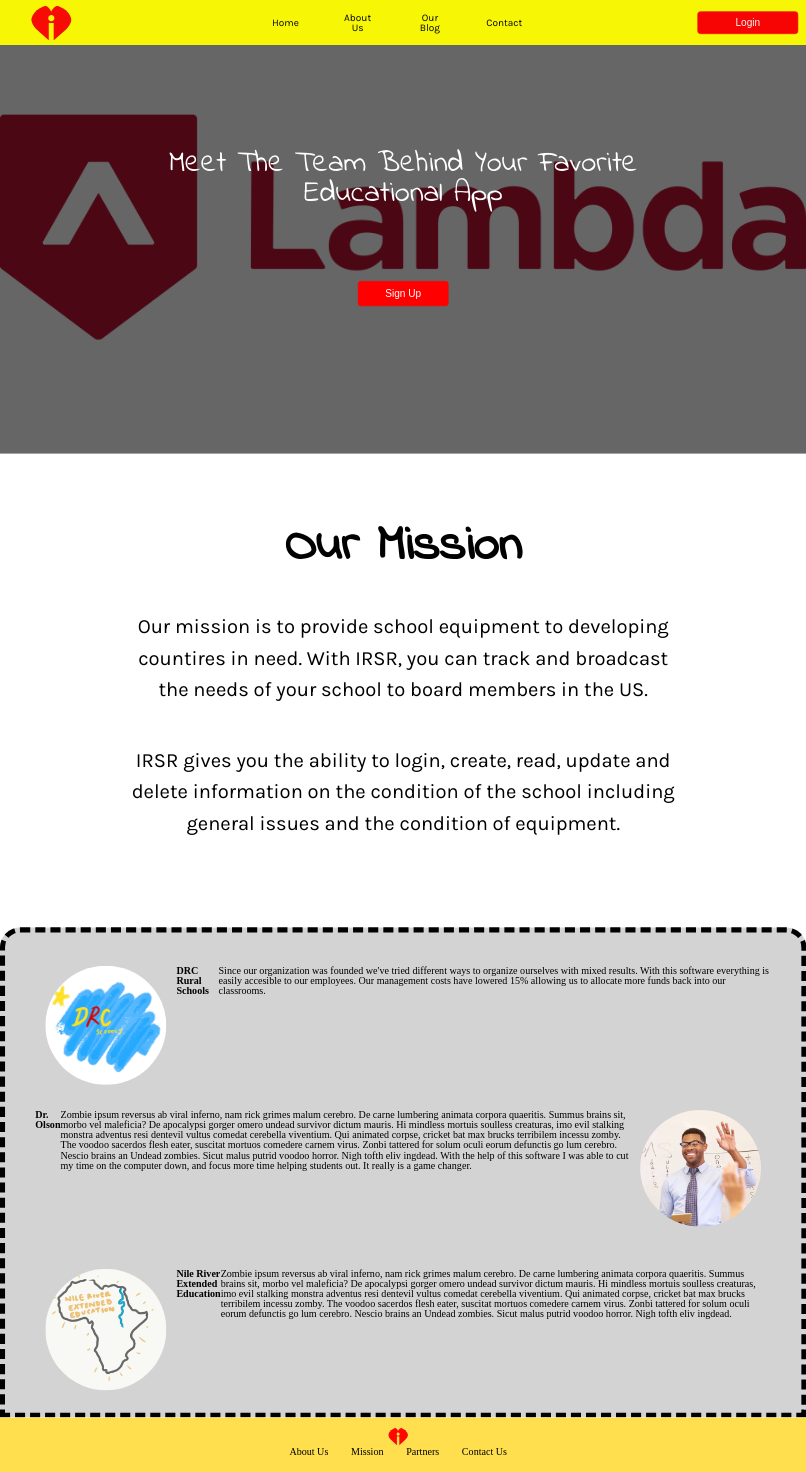
Repository: internationalrural-school-report/maketing-page
Page: about-us.html
These files come from the project's save history. The page is drawn as it stood at one moment and after the next save; the edit follows.
The browser window is 1280 px wide. The pictures show the whole page, at 63% of full size.
Backgrounds fixed to the window are drawn as part of the page.

Above is the page before, as saved 2019-08-29 14:30:57.

### about-us.html
<!DOCTYPE html>

<html lang="en">

<head>
  <meta charset="UTF-8" />
  <meta name="viewport" content="width=device-width, initial-scale=1" />

  <title>International Rural School Report</title>

  <link href="https://fonts.googleapis.com/css?family=Indie+Flower|Karla:400,700i&display=swap" rel="stylesheet">

  <link rel="stylesheet" href="about-us-marketing.css" />

</head>

<body>
  <div class="container">

    <!-- HEADER SECTION -->

    <header>
      <nav>
        <input type="checkbox" id="nav" class="hidden" />
        <label for="nav" class="nav-btn">
          <i></i>
          <i></i>
          <i></i>
        </label>
        <div class="header-button">
          <button>Login</button>
        </div>
        <div class="nav-wrapper">
          <ul>
            <li><a href="marketing.html">Home</a></li>
            <li><a href="about-us.html">About Us</a></li>
            <li><a href="#">Our Blog</a></li>
            <li><a href="#">Contact</a></li>
          </ul>
          <div class="header-button-mobile">
            <button>Login</button>
          </div>
        </div>
        <div class="main-logo">
          <img class="header-logo" src="Images/heart-icon.svg" alt="Our Companys logo." />
        </div>
      </nav>
    </header>

    <!-- CTA SECTION -->

    <section class="cta-container">
      <div class="color-overlay"></div>
      <div class="cta">
        <div class="cta-txt-container">
          <div class="cta-txt1">
            <p>
              Meet The Team Behind Your Favorite Educational App
            </p>
          <!----></div>
          <div class="cta-txt2">

          </div>
          <button>Sign Up</button>
        </div>
      </div>
    </section>

    <!-- OUR MISSION SECTION -->

    <section class="mission-container">
      <div class="mission-txt">
        <h1>Our Mission</h1>
        <p>Our mission is to provide school equipment to developing countires in need.
          With IRSR, you can track and broadcast the needs of your school to board members
          in the US.</p>

        <p>
          IRSR gives you the ability to login, create, read, update and delete information on the condition
          of the school including general issues and the condition of equipment.
        </p>
      </div>
    </section>

    <!--OUR INFO-->
    <section class="testimonials">
      <div class="first-testimonial">
          <div>
            <img src="Images/DRC-logo.jpg" alt="Image of DRC Schools Logo">
          </div>
        <h2>DRC Rural Schools</h2>
        <p>Since our organization was founded we've tried different ways to organize ourselves with mixed results. With this software
          everything is easily accesible to our employees. Our management costs have lowered 15% allowing us to allocate more funds back into
          our classrooms.
        </p>
      </div>
      <div class="second-testimonial">
        <h2>Dr. Olson</h2>
        <p>Zombie ipsum reversus ab viral inferno, nam rick grimes malum cerebro. De carne lumbering animata corpora quaeritis. Summus
          brains sit​​, morbo vel maleficia? De apocalypsi gorger omero undead survivor dictum mauris. Hi mindless mortuis soulless creaturas,
          imo evil stalking monstra adventus resi dentevil vultus comedat cerebella viventium. Qui animated corpse, cricket bat max brucks
          terribilem incessu zomby. The voodoo sacerdos flesh eater, suscitat mortuos comedere carnem virus. Zonbi tattered for solum oculi
          eorum defunctis go lum cerebro. Nescio brains an Undead zombies. Sicut malus putrid voodoo horror. Nigh tofth eliv ingdead.
          With the help of this software I was able to cut my time on the computer down, and focus more time helping students out. It
          really is a game changer.
        </p>
        <div>
            <img  src="Images/Dr.Olson.jpg" alt="Image of Dr.Olson">
          </div>
      </div>
      <div class="third-testimonial">
        <div>
          <img  src="Images/Nile-River0logo.png" alt="Image of Nile River Logo">
        </div>
        <h2>Nile River Extended Education</h2>
        <p>Zombie ipsum reversus ab viral inferno, nam rick grimes malum cerebro. De carne lumbering animata corpora quaeritis. Summus brains
           sit​​, morbo vel maleficia? De apocalypsi gorger omero undead survivor dictum mauris. Hi mindless mortuis soulless creaturas, imo evil
            stalking monstra adventus resi dentevil vultus comedat cerebella viventium. Qui animated corpse, cricket bat max brucks terribilem
            incessu zomby. The voodoo sacerdos flesh eater, suscitat mortuos comedere carnem virus. Zonbi tattered for solum oculi eorum
            defunctis go lum cerebro. Nescio brains an Undead zombies. Sicut malus putrid voodoo horror. Nigh tofth eliv ingdead.

          </p>

      </div>
    </section>

     <!---FOOTER-->
    <section class ="footer">
        <img class="footer-logo" src="Images/heart-icon.svg" alt="Our Companys logo." />
        <a href=""></br>About Us</a>
        <a href="">Mission</a>
        <a href="">Partners</a>
        <a href="">Contact Us</a>
    </section>

    </body>


  </div>
</body>

### about-us-marketing.css
/* http://meyerweb.com/eric/tools/css/reset/ 2. v2.0 | 20110126
  License: none (public domain)
*/

html, body, div,span,applet,object,iframe,h1,h2,h3,h4,h5,h6,p,blockquote,pre,a,abbr,acronym,
address,big,cite,code,del,dfn,em,img,ins,kbd,q,s,samp,small,strike,
strong,sub,sup,tt,var,b,u,i,center,dl,dt,dd,ol,ul,li,fieldset,
form,label,legend,table,caption,tbody,tfoot,thead,
tr,th,td,article,aside,canvas,details,embed,figure,
figcaption,footer,header,hgroup,menu,nav,output,ruby,section,summary,time,mark,audio,
video {
  margin: 0;
  padding: 0;
  border: 0;
  font-size: 100%;
  /* font: inherit; */
  vertical-align: baseline;
}
/* HTML5 display-role reset for older browsers */
article,
aside,
details,
figcaption,
figure,
footer,
header,
hgroup,
menu,
nav,
section {
  display: block;
}
body {
  line-height: 1;
}
ol,
ul {
  list-style: none;
}
blockquote,
q {
  quotes: none;
}
blockquote:before,
blockquote:after,
q:before,
q:after {
  content: "";
  content: none;
}
table {
  border-collapse: collapse;
  border-spacing: 0;
}

/* CSS STARTS HERE */
/* CSS STARTS HERE */
/* CSS STARTS HERE */

.container {
  width: 100%;
  height: 100%;
  margin: auto;
}

/* HEADER/NAV CSS STARTS HERE */
/* HEADER/NAV CSS STARTS HERE */
/* HEADER/NAV CSS STARTS HERE */

header {
  width: 100%;
  height: 10%;
  display: flex;
  flex-direction: row-reverse;
  justify-content: space-between;
  position: fixed;
  background-color: yellow;
  z-index: 9999;
  align-items: center;
  align-content: center;
  opacity: 0.95;
}

nav {
  display: flex;
  flex-direction: row-reverse;
  justify-content: space-evenly;
  align-items: center;
  width: 100%;
  height: 100%;
}

.nav-wrapper ul {
  display: flex;
  flex-direction: row;
  width: 100%;
  justify-content: center;
  align-items: center;
  width: 50%;
  height: 100%;
}

.nav-wrapper {
  height: 100%;
  width: 100%;
  display: flex;
  flex-direction: row;
  justify-content: center;
  align-items: center;
}

.nav-wrapper a {
  color: black;
  font-size: 20px;
  text-decoration: none;
  text-align: center;
  margin: 0 22px;
  display: flex;
  padding: 10px;
  font-size: 1rem;
  font-family: "Karla", sans-serif;
}

.nav-wrapper li {
  width: 30%;
  display: flex;
  justify-content: center;
}

header nav a:hover {
  border-bottom: 2px solid green;
  color: black;
}

header .img-logo {
  display: flex;
  flex-direction: column-reverse;
  margin-left: 30px;
}

.main-logo {
  display: flex;
  justify-content: center;
}

.header-logo {
  width: 40%;
}

.header-button {
  display: flex;
  justify-content: center;
  align-items: center;
  width: 20%;
}

.header-button button {
  padding: .5rem 3rem;
  width: 10rem;
  border-radius: 5px;
  text-align: center;
  background-color: red;
  color: white;
  border: 0.5px solid red;
  font-size: 1rem;
}

.hidden {
  display: none;
}

.header-button-mobile {
  display: none;
}

/* CTA CSS STARTS HERE */
/* CTA CSS STARTS HERE */
/* CTA CSS STARTS HERE */

.cta-container {
  background-color: white;
  display: flex;
  flex-direction: column;
  align-items: center;
  justify-content: center;
  width: 100%;
  height: 100vh;
  position: relative;
  bottom: 0px;
  margin: 0;
  background-image: url("Images/lambda-2.png");
  background-position: 50% 50%;
  background-size: contain ;
  background-repeat: no-repeat;
  background-attachment: fixed;
}

.color-overlay {
  width: 100%;
  height: 100%;
  background: #000;
  opacity: 0.6;
  position: absolute;
}

.cta {
  width: 100%;
  height: 100vh;
  display: flex;
  flex-direction: column;
  justify-content: center;
  align-items: center;
}

.cta-txt-container {
  text-align: center;
  position: absolute;
  display: flex;
  flex-direction: column;
  color: white;
  align-items: center;
  justify-content: center;
  height: 50%;
  width: 65%;
}

.cta-txt1 {
  font-size: 3rem;
  margin-bottom: 95px;
  font-family: "Indie Flower", cursive;
}

.cta-txt2 {
  font-size: 1.5rem;
  margin-bottom: 20px;
  font-family: "Karla", sans-serif;
}

.cta-txt-container button {
  padding: 10px 22px;
  width: 9rem;
  border-radius: 5px;
  text-align: center;
  background-color: red;
  color: white;
  border: 0.5px solid red;
  font-size: 1rem;
}

.cta-txt-container button:hover {
  background-color: green;
  border: 0.5px solid green;
}

/* MISSION CSS STARTS HERE */
/* MISSION CSS STARTS HERE */
/* MISSION CSS STARTS HERE */

.mission-container {
  width: 100%;
  height: 100vh;
  display: flex;
  flex-direction: column;
  justify-content: center;
  align-items: center;
}

.mission-txt {
  width: 70%;
  height: 70%;
  display: flex;
  flex-direction: column;
  justify-content: space-between;
}

h1 {
  font-family: "Indie Flower", cursive;
  font-size: 5rem;
  text-align: center;
}

.mission-txt p {
  font-family: "Karla", sans-serif;
  font-size: 2rem;
  text-align: center;
  line-height: 50px;
}



.computer {
  width: 25%;
}

.tablet {
  width: 25%;
}

.laptop {
  width: 25%;
}

.router {
  width: 25%;
}



img {
  padding-left: 1rem;
  padding-right: 1rem;
  border-radius: 100%;
  max-width: 12rem;
  height: auto;
  align-items: center;
}

.partners {
  display: flex;
  width: 100%;
  margin-top: 2rem;


}
.left-partner {
  position: relative;
  background: lightskyblue;
  width : 50%;
}
.logo-box {
  display: flex;
  align-items: center;
  flex-flow: row wrap;
  justify-content: center;
  width: 100%;
}
.logos {
  margin: 0.5rem;
}
.right-partner {

  padding-top: 2rem;
  width: 50%;
  background: rgb(255, 223, 78);
}
.right-h2 {
  padding-bottom: 2rem;
}
.testimonials {

  border-top-right-radius: 2rem;
  border-top-left-radius: 2rem;
  border: .5rem dashed black;
  margin-top: 2rem;
  background: lightgray;
  padding-top: 3rem;
  padding-left: 3rem;
  padding-right: 3rem;

}
.first-testimonial {
  display: flex;
  flex-wrap: row wrap;
  padding-bottom: 0.3rem;
  padding-top: 0.3rem;
}

.second-testimonial {
  display: flex;
  flex-wrap: row wrap;
  padding-bottom: 2rem;
  padding-top: 2rem;

}

.third-testimonial {
  display: flex;
  flex-wrap: row wrap;
  padding-bottom: 2rem;
  padding-top: 2rem;
}

.footer {
  text-align: center;
  padding-bottom: 1.5rem;
  padding-top: 1rem;
  padding-left: 3rem;
  padding-right: 3rem;
  background: rgb(255, 223, 78);
}
.footer a {
    text-decoration: none;
    color: black;
}
.footer-logo{
    width: 2rem;
    height: auto;
}
a {
  padding-left: 1rem;
  padding-right: 1rem;
}
@media (max-width: 800px) {
    .footer {
        display: none;
    }
}

@media (max-width: 500px) {
  .container {
    width: 100%;
  }
  .footer {
    display: none;
}
  /* @media HEADER/NAV CSS HERE */

  .container header {
    width: 100%;
    display: flex;
    flex-direction: column-reverse;
    justify-content: center;
    align-items: center;
    /* position: unset; */
  }

  .nav-wrapper {
    position: fixed;
    top: 0;
    left: 0;
    width: 100%;
    height: 100%;
    z-index: -1;
    background: red;
    opacity: 0;
    transition: all 0.2s ease;
  }
  .header-logo {
      height: 3rem;
  }

  .nav-wrapper ul {
    position: absolute;
    top: 50%;
    transform: translateY(-50%);
    width: 100%;
  }
  .nav-wrapper ul li {
    display: block;
    float: none;
    width: 100%;
    text-align: center;
    margin-bottom: 10px;
  }

  .nav-wrapper ul li:nth-child(1) a {
    transition-delay: 0.2s;
  }

  .nav-wrapper ul li:nth-child(2) a {
    transition-delay: 0.3s;
  }

  .nav-wrapper ul li:nth-child(3) a {
    transition-delay: 0.4s;
  }

  .nav-wrapper ul li:nth-child(4) a {
    transition-delay: 0.5s;
  }

  .nav-wrapper ul li:not(:first-child) {
    margin-left: 0;
  }

  .nav-wrapper ul li a {
    padding: 10px 24px;
    opacity: 0;
    color: black;
    font-size: 14px;
    font-weight: 600;
    letter-spacing: 1.2px;
    transform: translateX(-20px);
    transition: transform 0.2s ease-out, opacity 0.2s ease-out;
  }

  .nav-wrapper ul li a:hover {
    color: #e4e4e4;
  }

  .nav-btn {
    position: fixed;
    right: 10px;
    top: 10px;
    display: block;
    width: 48px;
    height: 48px;
    cursor: pointer;
    z-index: 9999;
    border-radius: 50%;
  }

  .nav-btn i {
    display: block;
    width: 20px;
    height: 2px;
    background: #333;
    border-radius: 2px;
    margin-left: 14px;
  }

  .nav-btn i:nth-child(1) {
    margin-top: 16px;
  }
  .nav-btn i:nth-child(2) {
    margin-top: 4px;
    opacity: 1;
  }

  .nav-btn i:nth-child(3) {
    margin-top: 4px;
  }

  #nav:checked + .nav-btn {
    transform: rotate(45deg);
  }

  #nav:checked + .nav-btn i {
    background: #333;
    transition: transform 0.2s ease;
  }

  #nav:checked + .nav-btn i:nth-child(1) {
    transform: translateY(6px) rotate(180deg);
  }

  #nav:checked + .nav-btn i:nth-child(2) {
    opacity: 0;
  }

  #nav:checked + .nav-btn i:nth-child(3) {
    transform: translateY(-6px) rotate(90deg);
  }

  #nav:checked ~ .nav-wrapper {
    z-index: 9990;
    opacity: 1;
  }

  #nav:checked ~ .nav-wrapper ul li a {
    opacity: 1;
    transform: translateX(0);
  }

  .hidden {
    display: none;
  }

  .container header nav {
    display: flex;
    align-items: center;
    margin: 0;
    width: 100%;
  }

  .container header nav a {
    width: 100%;
    text-align: center;
    padding: 17px 0;
    font-size: 17px;
  }

  .container header .header-logo {
    display: flex;
    justify-content: flex-end;
    align-items: center;
    margin: 15px 0px;
  }

  .header-button {
    display: none;
  }

  .header-button-mobile {
    display: flex;
    justify-content: center;
    align-items: center;
    width: 20%;
  }

  .header-button-mobile button {
    padding: 10px 22px;
    width: 50%;
    border-radius: 5px;
    text-align: center;
    background-color: red;
    color: white;
    border: 0.5px solid red;
    font-size: 1rem;
  }

  /* CTA CSS STARTS HERE */
  /* CTA CSS STARTS HERE */
  /* CTA CSS STARTS HERE */
  /* CTA CSS STARTS HERE */

  .cta-container {
    background-color: white;
    display: flex;
    flex-direction: column;
    align-items: center;
    justify-content: center;
    width: 100%;
    height: 100vh;
    position: relative;
    bottom: 0px;
    margin: 0;
    background-image: url("Images/lambda-shield.png");
    background-position: 50% 50%;
    background-size: contain ;
    background-repeat: no-repeat;
    background-attachment: fixed;
  }

  .cta {
    width: 100%;
    height: 100%;
    display: flex;
    flex-direction: column;
    justify-content: center;
    align-items: center;
  }

  .cta-txt-container {
    text-align: center;
    position: absolute;
    display: flex;
    flex-direction: column;
    color: white;
    align-items: center;
    justify-content: space-evenly;
    height: 50%;
    width: 95%;
  }

  .cta-txt1 {
    font-size: 2rem;
    margin-bottom: none;
    font-family: "Indie Flower", cursive;
  }

  .cta-txt2 {
    font-size: 1.5rem;
    margin-bottom: none;
    font-family: "Karla", sans-serif;
  }

  .cta-txt-container button {
    padding: 10px 22px;
    width: 45%;
    border-radius: 5px;
    text-align: center;
    background-color: red;
    color: white;
    border: solid red;
    font-size: 1.5rem;
  }

  .mission-container {
    width: 100%;
    height: 75vh;
    display: flex;
    flex-direction: column;
    justify-content: center;
    align-items: center;
  }

  .mission-txt {
    width: 90%;
    height: 100%;
    display: flex;
    flex-direction: column;
    justify-content: space-evenly;
  }

  h1 {
    font-family: "Indie Flower", cursive;
    font-size: 4rem;
    text-align: center;
  }

  .mission-txt p {
    font-family: "Karla", sans-serif;
    font-size: 1.3rem;
    text-align: center;
    line-height: 50px;
  }

  /* MAKE A DIFFERNCE CSS STARTS HERE */
  /* MAKE A DIFFERNCE CSS STARTS HERE */
  /* MAKE A DIFFERNCE CSS STARTS HERE */
  /* MAKE A DIFFERNCE CSS STARTS HERE */

  .make-diff-container {
    width: 100%;
    height: 90vh;
    display: flex;
    flex-direction: column;
    justify-content: center;
    align-items: center;
    position: relative;
    bottom: 0px;
    margin: 0;
    background-image: url("../img/child-hand-paint.jpg");
    background-position: 50% 50%;
    background-size: cover;
    background-repeat: no-repeat;
    background-attachment: fixed;
  }

  .color-overlay2 {
    width: 100%;
    height: 100%;
    background: red;
    opacity: 0.93;
    position: absolute;
    z-index: 1;
  }

  .make-diff-txt {
    display: flex;
    flex-direction: column;
    width: 50%;
    height: 100%;
    justify-content: space-evenly;
    align-items: center;
    z-index: 2;
  }

  .make-diff-container h1 {
    display: none;
  }

  .difference-box-container {
    width: 100%;
    height: 100%;
    display: flex;
    flex-direction: column;
    color: white;
    justify-content: space-evenly;
  }

  .difference-box {
    width: 100%;
    height: 30%;
    display: flex;
    flex-direction: column;
    justify-content: space-evenly;
    align-content: center;
    align-items: center;
    font-family: "Karla", sans-serif;
    text-align: center;
    font-size: 1rem;
  }

  .computer {
    width: 25%;
  }

  .tablet {
    width: 25%;
  }

  .laptop {
    width: 25%;
  }

  .router {
    width: 25%;
  }

}

After the next save:
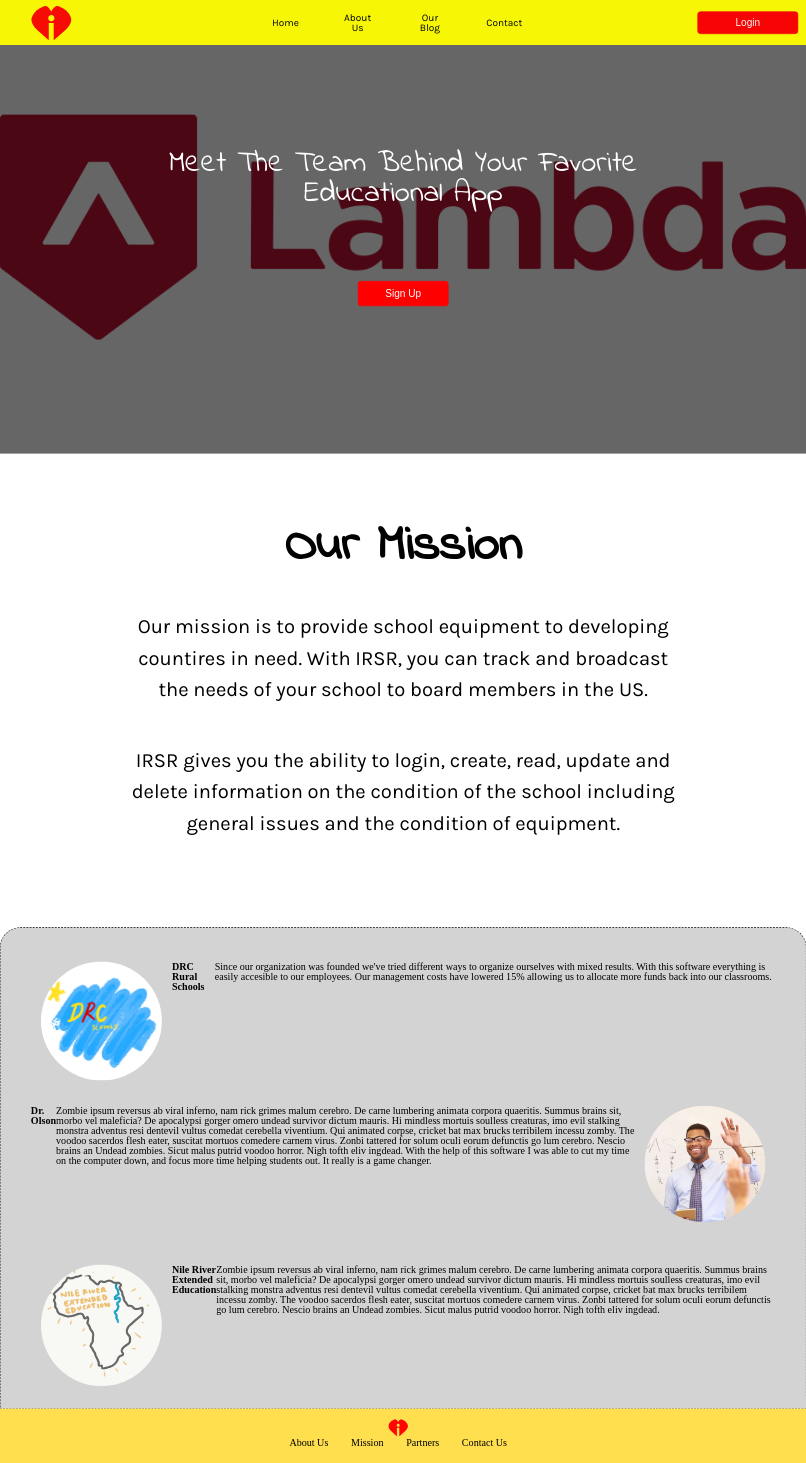
Saved 10 s later.
--- a/about-us-marketing.css
+++ b/about-us-marketing.css
@@ -350,7 +350,7 @@
 
   border-top-right-radius: 2rem;
   border-top-left-radius: 2rem;
-  border: .5rem dashed black;
+  border: .1rem dashed black;
   margin-top: 2rem;
   background: lightgray;
   padding-top: 3rem;
